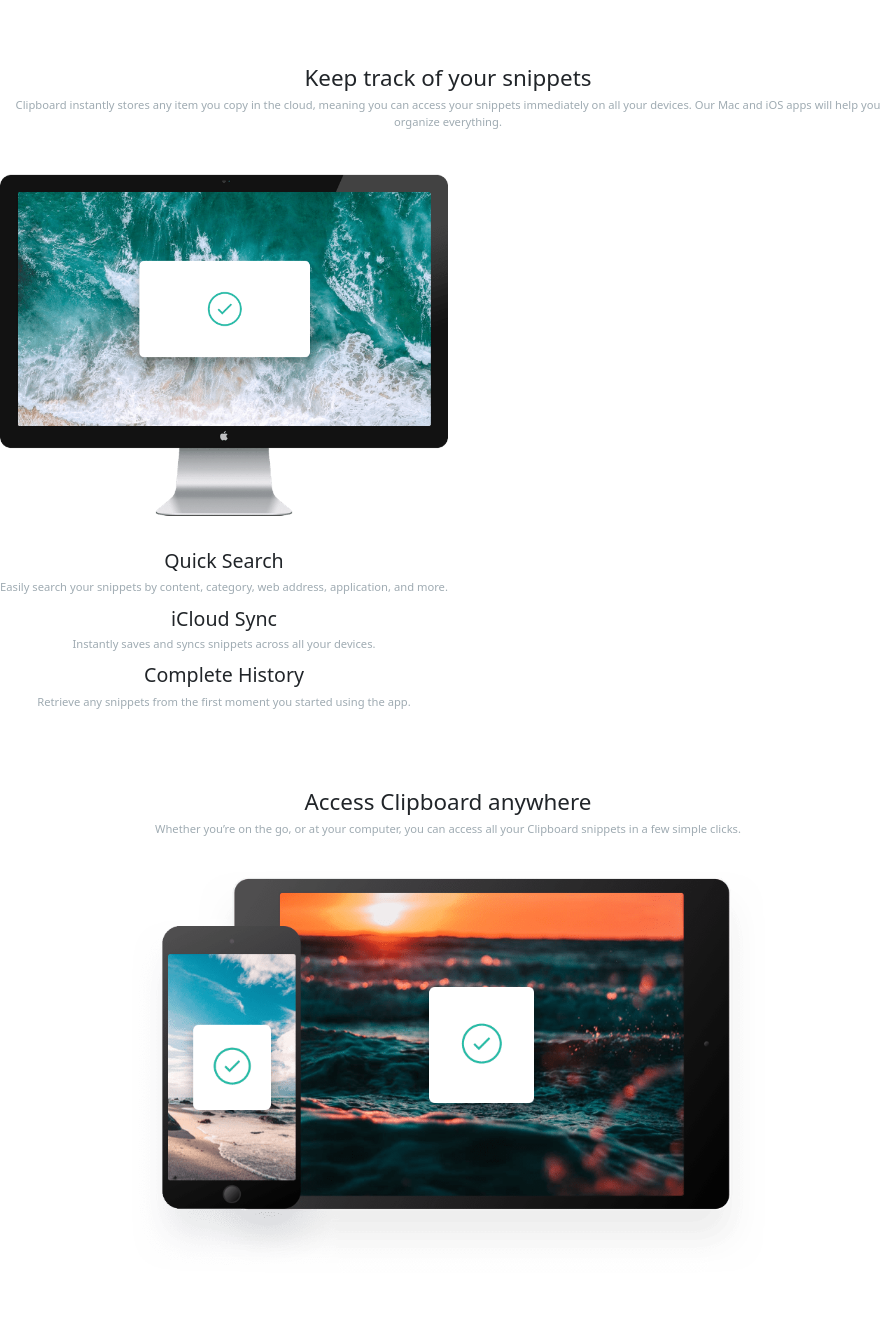
Repository: blordeus/clipboard-landing-page-master
Page: index.html
These files come from the project's save history. The page is drawn as it stood at one moment and after the next save; the edit follows.
The browser window is 1280 px wide. The pictures show the part of the page from y = 417 to 2337 px (the page is 5405 px tall before and 5197 px after), at 70% of full size.
Some web fonts or font styles are not loaded; a fallback is used. The style sheet was rebuilt from its Sass, Less or Tailwind sources for each picture, by a compiler version that may differ from the author's.

Above is the page before, as saved 2023-09-04 16:03:28.

After the next save:
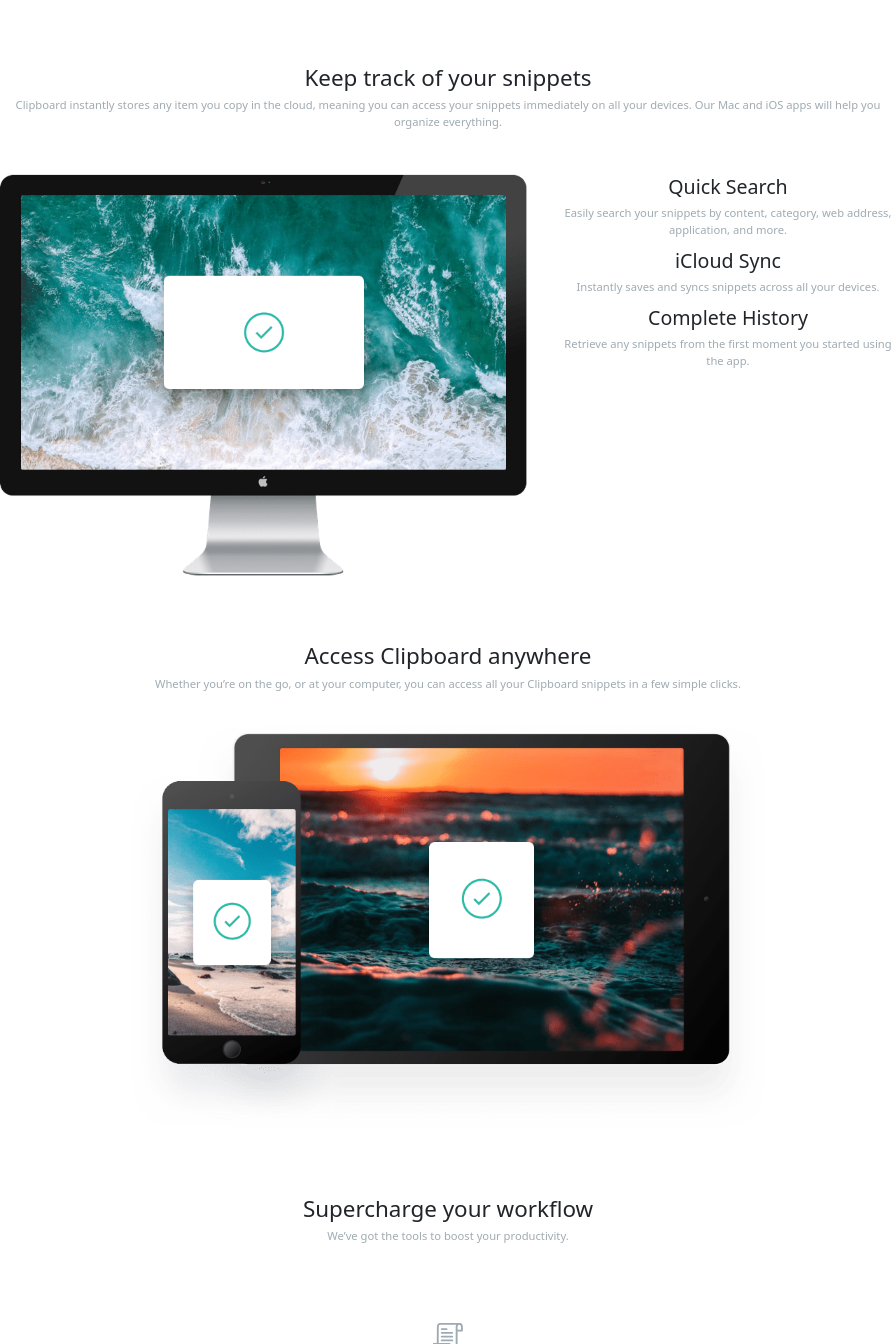
Saved 13 s later.
--- a/index.html
+++ b/index.html
@@ -35,7 +35,7 @@
       devices. Our Mac and iOS apps will help you organize everything.
     </p>
 
-    <section class="d-grid pb-5 mx-4 gap-5 mx-md-0 row-cols-md-2">
+    <section class="d-grid pb-5 mx-4 gap-5 mx-md-0 d-flex">
       <img class="img-fluid" src="./images/image-computer.png" alt="computer">
       <div class>
         <h3>Quick Search</h3>
